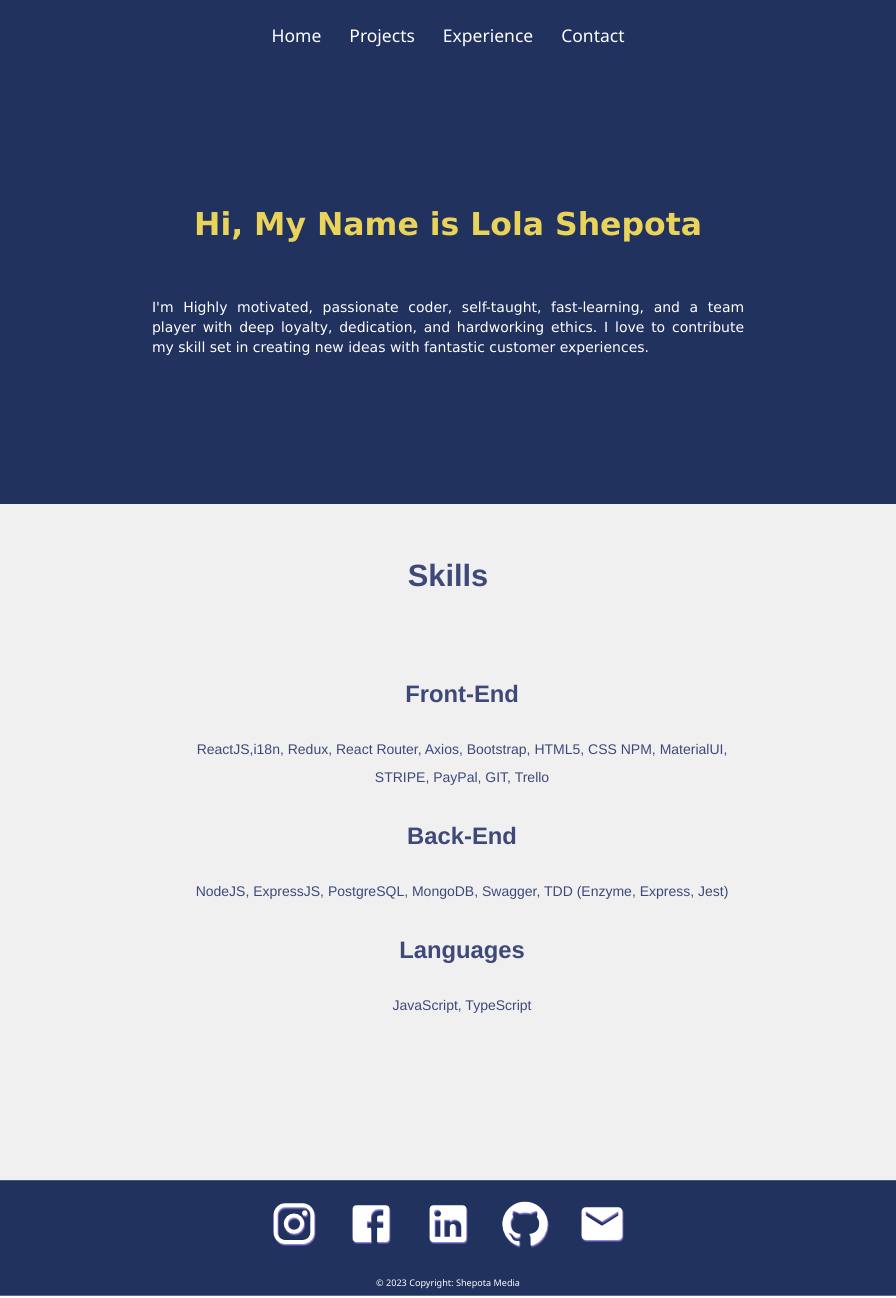
Repository: LolaSL/react-portfolio
Page: /
An editor plug-in stored every save of this project. The page is shown before and after the next save, followed by the edit.
The browser window is 1280 px wide. The pictures show the whole page, at 70% of full size.
The project was rebuilt for these pictures with package versions that can differ from the ones it lists, and the page was loaded fresh each time. Also part of the build but not shown: src/components/ProjectItem/ProjectItem.jsx, src/helpers/ProjectList.js, src/pages/Projects/Style.css, src/pages/Projects/Projects.jsx, src/pages/Experience/Style.css, src/pages/Experience/Experience.jsx, src/pages/ProjectDetail/ProjectDetail.jsx, src/pages/Contact/Style.css and 1 more.

Above is the page before, as saved 2023-07-02 09:37:37.

After the next save:
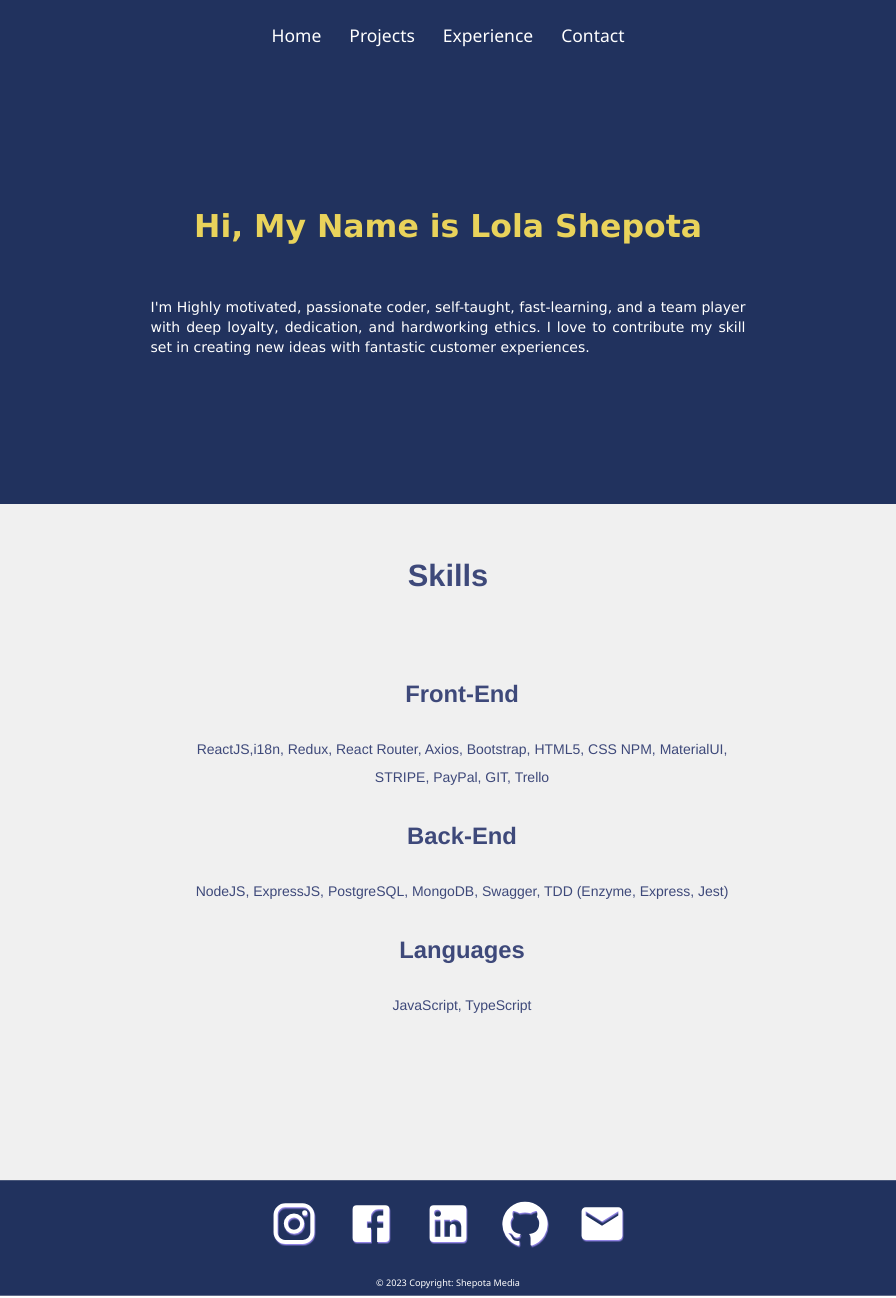
Saved 16 s later.
--- a/src/pages/Home/Style.css
+++ b/src/pages/Home/Style.css
@@ -36,7 +36,7 @@
     text-align: justify;
     font-family: Verdana, Geneva, Tahoma, sans-serif;
     line-height: 29px;
-    padding: 25px;
+    padding:23px;
    }
   .skills {
     font-size: 35px;
